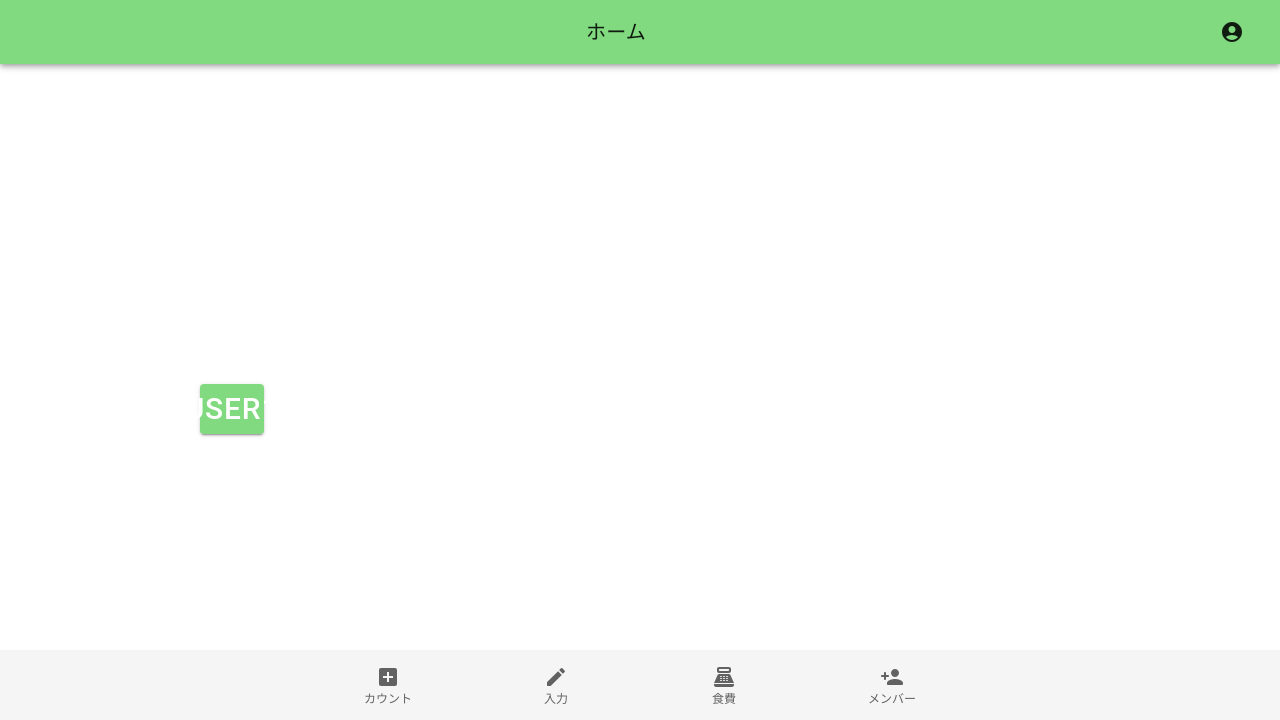
Repository: motohiro0410/motsufood
Page: /noteatingcount (app in frontend/)
The author's editor kept a copy of each file at every save. The page is drawn from the files as they stood at one save, then again after the next save.
The browser window is 1280 px wide. The pictures show the whole page.
The project was rebuilt for these pictures with package versions that can differ from the ones it lists, and the page was loaded fresh each time. Also part of the build but not shown: frontend/src/App.css, frontend/src/components/pages/Login.tsx, frontend/src/components/pages/Money.tsx, frontend/src/components/organisms/GroupHeader.tsx, frontend/src/components/pages/Group.tsx, frontend/src/components/organisms/SignInHeader.tsx, frontend/src/components/pages/SignIn.tsx, frontend/src/components/pages/Page404.tsx and 1 more.

Above is the page before, as saved 2022-08-11 16:14:35.

### frontend/src/App.tsx
import './App.css';
import { BrowserRouter } from "react-router-dom";

import { Router } from "./router/Router";
import { ThemeProvider } from '@mui/system';
import { theme } from './theme/theme';

import { AdapterDateFns } from '@mui/x-date-pickers/AdapterDateFns';
import { LocalizationProvider } from '@mui/x-date-pickers/LocalizationProvider';
import { HeaderProvider } from "./providers/HeaderProvider"

function App() {
  return (
    <LocalizationProvider dateAdapter={AdapterDateFns}>
      <ThemeProvider theme={theme}>
        <HeaderProvider>
         <BrowserRouter>
            <Router />
          </BrowserRouter>
        </HeaderProvider>
      </ThemeProvider>
    </LocalizationProvider>


  );
}

export default App;

### frontend/src/router/Router.tsx
import { FC, memo } from "react";
import { Switch, Route } from "react-router-dom";

import { Login } from "../components/pages/Login";
import { NotEatingCount } from "../components/pages/notEatingCount";
import { Money } from "../components/pages/Money";
import { Group } from "../components/pages/Group";
import { SignIn } from "../components/pages/SignIn";
import { Page404 } from "../components/pages/Page404";

import { InputFoodExpence } from "../components/pages/InputFoodExpence";

export const Router: FC = memo(() => {
  return (
    <Switch>
      <Route exact path="/">
        <Login />
      </Route>
      <Route path="/noteatingcount">
        <NotEatingCount />
      </Route>
      <Route path="/money">
        <Money />
      </Route>
      <Route path="/group">
        <Group />
      </Route>
      <Route path="/input">
        <InputFoodExpence />
      </Route>
      <Route path="/signin">
        <SignIn />
      </Route>
      <Route path="*">
        <Page404 />
      </Route>
    </Switch>
  )
})

### frontend/src/theme/theme.ts
import { createTheme } from "@mui/material"

export const theme = createTheme({
  palette: {
    primary: {
      main: "#81da7f"
    }
  }
});

### frontend/src/providers/HeaderProvider.tsx
import { createContext } from "react";

export const HeaderContext = createContext<Context[]>({} as Context[]);

export type Context = {
  title: string;
}

export const HeaderProvider = (props: any) => {
  const { children } = props;
  const contextName: Context[] = [
    {title: "ホーム"},
    {title: "食費入力"},
    {title: "支払い"},
    {title: "ユーザー編集"},
  ]



  return (
    <HeaderContext.Provider value={contextName}>
      {children}
    </HeaderContext.Provider>
  )
}

### frontend/src/components/pages/notEatingCount.tsx
import { FC, memo, useContext, useState } from "react";

import { Footer } from "../organisms/Footer";
import { MainHeader } from "../organisms/MainHeader";

import Grid from '@mui/material/Grid';
import Button from '@mui/material/Button';
import { HeaderContext } from '../../providers/HeaderProvider';
import { UserDetailModal } from "../organisms/UserDetailModal";

export const NotEatingCount: FC = memo(() => {
  const [open, setOpen] = useState(false);
  const handleOpen = () => setOpen(true);
  const handleClose = () => setOpen(false);

  const contexts = useContext(HeaderContext);
  return (
    <>
      <MainHeader title={contexts[0].title} handleOpen={handleOpen} />
        <Grid  alignItems="center" sx={{ mt: 40, ml: 25 }} >
          <Grid item>
            <Button variant="contained" sx={{ bgcolor: '#81da7f', color: "white", fontSize: '30px', width: 50, height: 50 }}>user1</Button>
          </Grid>
        </Grid>
      <Footer />
      <UserDetailModal open={open} handleClose={handleClose} />
    </>

  )
});

### frontend/src/components/organisms/Footer.tsx
import React, { FC, memo } from "react";

import Box from '@mui/material/Box';
import BottomNavigation from '@mui/material/BottomNavigation';
import BottomNavigationAction from '@mui/material/BottomNavigationAction';
import AddBoxIcon from '@mui/icons-material/AddBox';
import ModeEditRoundedIcon from '@mui/icons-material/ModeEditRounded';
import PointOfSaleRoundedIcon from '@mui/icons-material/PointOfSaleRounded';
import PersonAddRoundedIcon from '@mui/icons-material/PersonAddRounded';
import { grey } from '@mui/material/colors';

export const Footer: FC = memo(() => {

  return (
    <Box sx={{ width: '100%', position: 'fixed', bottom: 0 }}
    >
      <BottomNavigation
        showLabels
        sx={{bgcolor: grey[100], height: 70 }}
      >
        <BottomNavigationAction href="/NotEatingCount" label="カウント" icon={<AddBoxIcon />} />
        <BottomNavigationAction href="/input" label="入力" icon={<ModeEditRoundedIcon />} />
        <BottomNavigationAction href="/money" label="食費" icon={<PointOfSaleRoundedIcon />} />
        <BottomNavigationAction href="/group" label="メンバー" icon={<PersonAddRoundedIcon />} />
      </BottomNavigation>
    </Box>
  );
})

### frontend/src/components/organisms/MainHeader.tsx
import { FC } from "react";

import AppBar from '@mui/material/AppBar';
import Box from '@mui/material/Box';
import Toolbar from '@mui/material/Toolbar';
import Typography from '@mui/material/Typography';
import IconButton from '@mui/material/IconButton';
import AccountCircle from '@mui/icons-material/AccountCircle';

// import { Money } from '../pages/Money'

type Context = {
  title: string;
  handleOpen: () => void;
}

export const MainHeader: FC<Context> = (props) => {

  const { title, handleOpen } = props;

  return (
    <Box>
      <AppBar position="static" >
        <Toolbar>
          <Typography textAlign="center" variant="h6" component="div" sx={{ flexGrow: 1}}>
            {title}
          </Typography>
            <IconButton
              size="large"
              aria-label="account of current user"
              aria-controls="menu-appbar"
              aria-haspopup="true"
              color="inherit"
              onClick={handleOpen}
            >
              <AccountCircle  />
            </IconButton>
        </Toolbar>
      </AppBar>
    </Box>
  )
}

### frontend/src/components/organisms/UserDetailModal.tsx
import { FC, memo } from "react";

import { Stack, FormControl, FormLabel, Input } from "@mui/material";
import Box from '@mui/material/Box';
import Modal from '@mui/material/Modal';

type Props = {
  handleClose: () => void;
  open: boolean;
}

export const UserDetailModal: FC<Props> = memo((props) => {
  const { open, handleClose } = props;

  const style = {
    position: 'absolute' as 'absolute',
    top: '50%',
    left: '50%',
    transform: 'translate(-50%, -50%)',
    width: 500,
    bgcolor: 'background.paper',
    border: '2px solid #000',
    boxShadow: 24,
    p: 4,
  };

  return (
    <div>
    <Modal
      open={open}
      onClose={handleClose}
      aria-labelledby="modal-modal-title"
      aria-describedby="modal-modal-description"
    >
      <Box sx={style}>
        <Stack spacing={4}>
          <FormControl>
            <FormLabel>名前</FormLabel>
            <Input></Input>
          </FormControl>
          <FormControl>
            <FormLabel>email</FormLabel>
            <Input></Input>
          </FormControl>
          <FormControl>
            <FormLabel>password</FormLabel>
            <Input></Input>
          </FormControl>
        </Stack>
      </Box>
    </Modal>
  </div>
  )
})

Loaded but not shown: frontend/public/index.html (common file); frontend/src/index.tsx (common file); frontend/src/index.css (common file); frontend/src/reportWebVitals.ts (common file)

After the next save:
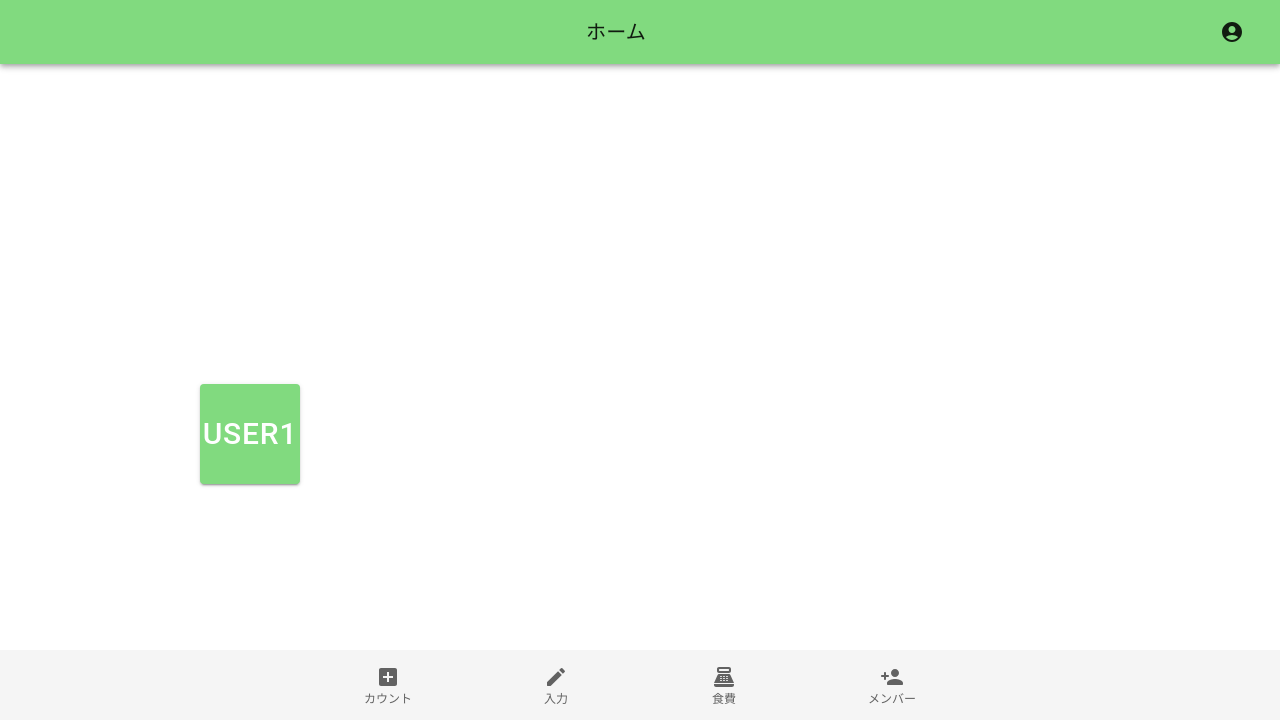
Saved 10 s later.
--- a/frontend/src/components/pages/notEatingCount.tsx
+++ b/frontend/src/components/pages/notEatingCount.tsx
@@ -19,7 +19,7 @@ export const NotEatingCount: FC = memo(() => {
       <MainHeader title={contexts[0].title} handleOpen={handleOpen} />
         <Grid  alignItems="center" sx={{ mt: 40, ml: 25 }} >
           <Grid item>
-            <Button variant="contained" sx={{ bgcolor: '#81da7f', color: "white", fontSize: '30px', width: 50, height: 50 }}>user1</Button>
+            <Button variant="contained" sx={{ bgcolor: '#81da7f', color: "white", fontSize: '30px', width: 100, height: 100 }}>user1</Button>
           </Grid>
         </Grid>
       <Footer />
